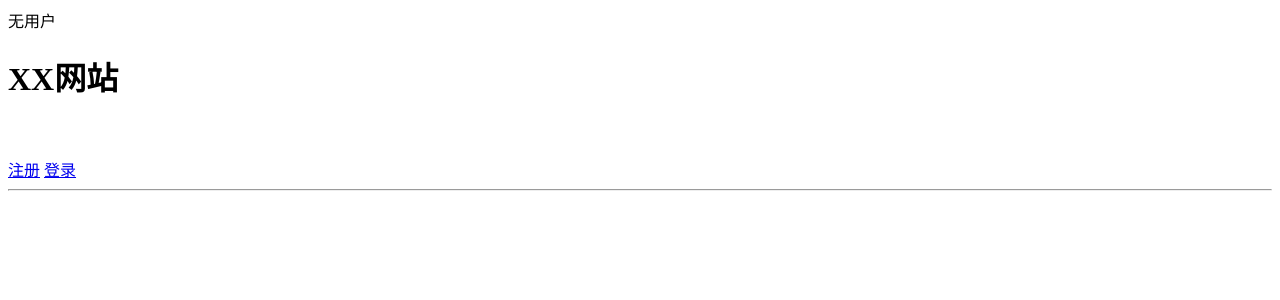
Repository: wsws1996/myproject
Page: http://localhost/day09_user/
These files come from the project's save history. The page is drawn as it stood at one moment and after the next save; the edit follows.
The browser window is 1280 px wide. The pictures show the whole page.
The page is served by Tomcat 9. Other server files are loaded and not shown.

Above is the page before, as saved 2015-11-21 12:41:24.

### java/workspace/day09_user/WebRoot/index.jsp
<%@page import="cn.wang.domain.User"%>
<%@ page language="java" import="java.util.*" pageEncoding="UTF-8"%>
<%@taglib uri="http://java.sun.com/jstl/core_rt" prefix="c"%>

<!DOCTYPE HTML PUBLIC "-//W3C//DTD HTML 4.01 Transitional//EN">
<html>
<head>
<title>首页</title>
<!--
	<link rel="stylesheet" type="text/css" href="styles.css">
	-->
</head>

<body>
	<%
		User user = (User) request.getSession().getAttribute("user");
		if (user == null) {
			out.write("无用户");
		} else {
			out.write(user.getUsername());
		}
	%>
	<h1>XX网站</h1>
	<br>
	<br>
	<c:if test="${user==null }">
		<a
			href="${pageContext.request.contextPath }/servlet/RegisterUIServlet"
			target="_blank">注册</a>
		<a href="${pageContext.request.contextPath }/servlet/LoginUIServlet">登录</a>
	</c:if>
	<c:if test="${user!=null }">
		欢迎您：${user.username }
	</c:if>
	<hr>
</body>
</html>

After the next save:
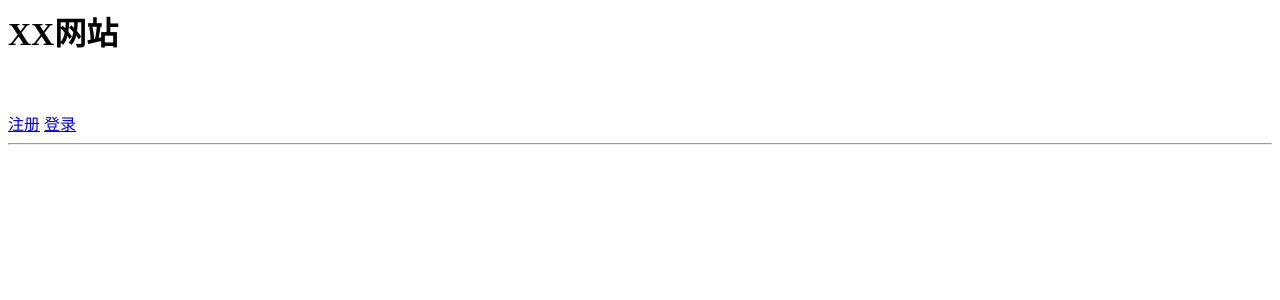
Saved 8 s later.
--- a/java/workspace/day09_user/WebRoot/index.jsp
+++ b/java/workspace/day09_user/WebRoot/index.jsp
@@ -12,14 +12,6 @@
 </head>
 
 <body>
-	<%
-		User user = (User) request.getSession().getAttribute("user");
-		if (user == null) {
-			out.write("无用户");
-		} else {
-			out.write(user.getUsername());
-		}
-	%>
 	<h1>XX网站</h1>
 	<br>
 	<br>
